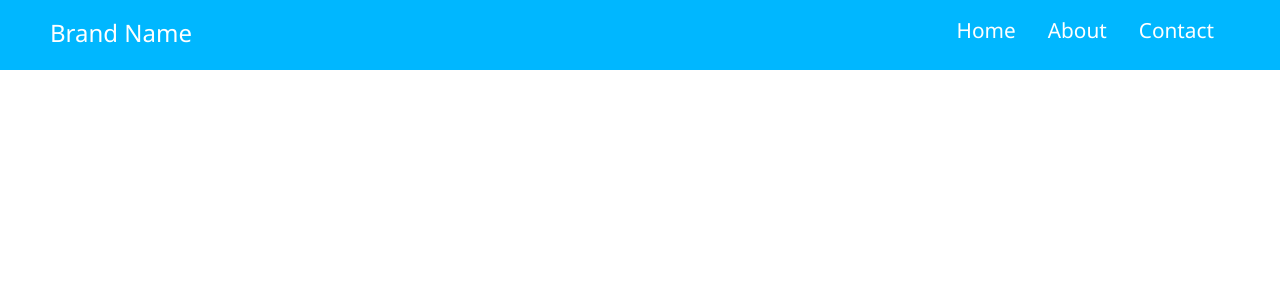
Repository: Jrap-bit/PeriodofSharing
Page: index.html
The author's editor kept a copy of each file at every save. The page is drawn from the files as they stood at one save, then again after the next save.
The browser window is 1280 px wide. The pictures show the whole page.

Above is the page before, as saved 2022-01-13 21:01:58.

After the next save:
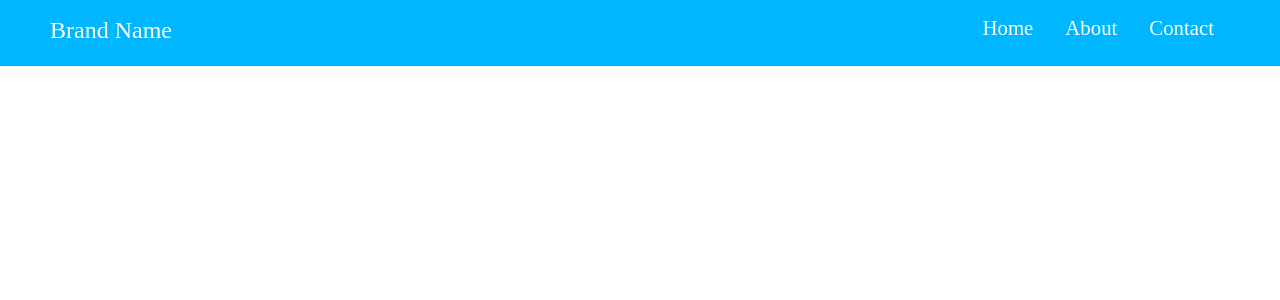
Saved 17 s later.
--- a/style.css
+++ b/style.css
@@ -1,7 +1,7 @@
 @import url('https://fonts.googleapis.com/css2?family=DM+Sans:wght@500&display=swap');
 * {
     box-sizing: border-box;
-    font-family: 'Segoe UI', Tahoma, Geneva, Verdana, sans-serif;
+    font-family: font-family: 'DM Sans', sans-serif;
 }
 
 body {
